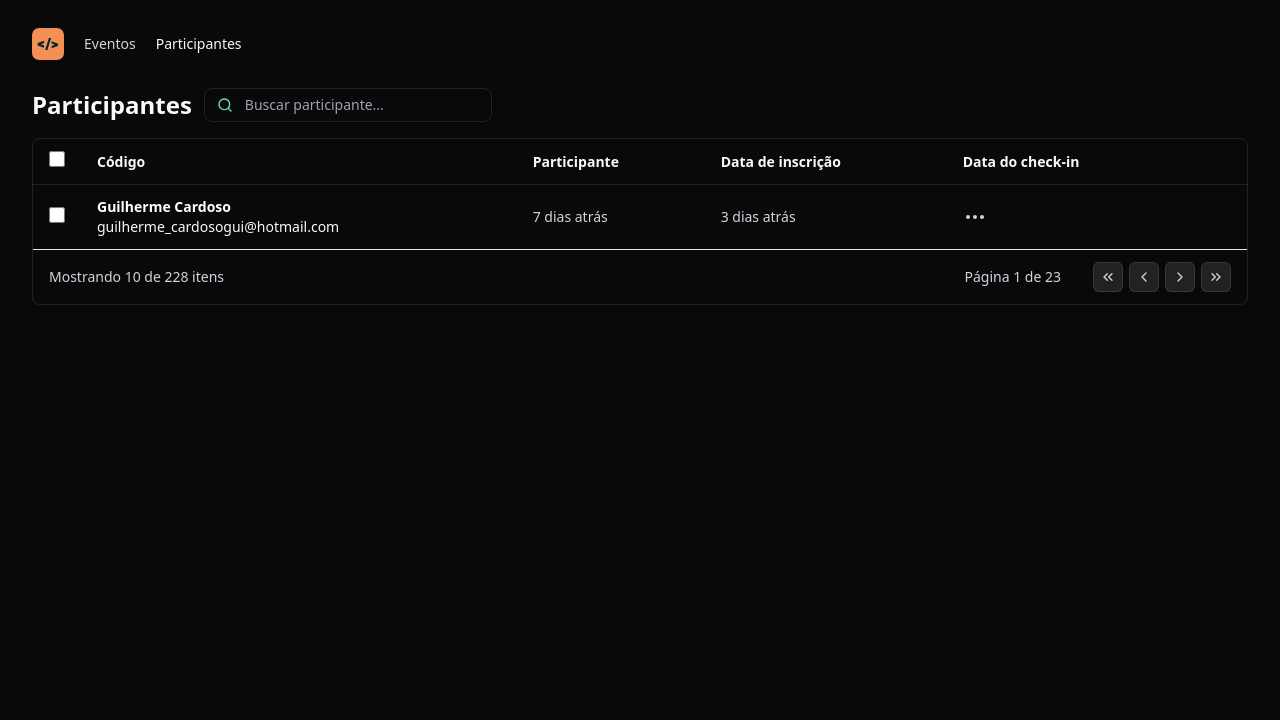
Repository: guilhermecardoso93/nlw-unite-react-2024
Page: /
These files come from the project's save history. The page is drawn as it stood at one moment and after the next save; the edit follows.
The browser window is 1280 px wide. The pictures show the whole page.
The project was rebuilt for these pictures with package versions that can differ from the ones it lists, and the page was loaded fresh each time. Also part of the build but not shown: vite.config.ts.

Above is the page before, as saved 2024-04-01 22:04:52.

### src/App.tsx
import { Header } from "./components/header";
import { AttendeeList } from "./components/attendee-list";

export function App() {

  return (
    <div className="max-w-[1216px] mx-auto py-5 flex flex-col gap-5">
      <Header />
      <AttendeeList />
    </div>
  )
}

### src/components/header.tsx
import Logo from "../assets/nlw-unite-icon.svg";

export function Header() {
  return (
    <div className="flex items-center gap-5 py-2">
      <img src={Logo} alt="logo" />

      <nav className="flex items-center gap-5">
        <a href="" className="font-medium text-sm text-zinc-300">Eventos</a>
        <a href="" className="font-medium text-sm">Participantes</a>
      </nav>
    </div>
  );
}

### src/components/attendee-list.tsx
import {
  Search,
  ChevronLeft,
  ChevronRight,
  ChevronsLeft,
  ChevronsRight,
  MoreHorizontal,
} from "lucide-react";

export function AttendeeList() {
  return (
    <div className="flex flex-col gap-4">
      <div className="flex gap-3 items-center">
        <h1 className="text-2xl font-bold">Participantes</h1>
        <div className="px-3 py-1.5 border border-white/10 rounded-lg text-sm w-72 flex items-center gap-3">
          <Search className="size-4 text-emerald-300" />
          <input
            placeholder="Buscar participante..."
            className="bg-transparent flex-1 outline-none"
          />
        </div>
      </div>

      <div className="border border-white/10 rounded-lg">
        <table className="w-full  ">
          <thead>
            <tr className="border-b border-white/10">
              <th
                style={{ width: 48 }}
                className="py-3 px-4 text-sm font-semibold text-left"
              >
                <input
                  type="checkbox"
                  className="size-4 rounded border border-white/10 bg-black/20"
                />
              </th>
              <th className="py-3 px-4 text-sm font-semibold text-left">
                Código
              </th>
              <th className="py-3 px-4 text-sm font-semibold text-left">
                Participante
              </th>
              <th className="py-3 px-4 text-sm font-semibold text-left">
                Data de inscrição
              </th>
              <th className="py-3 px-4 text-sm font-semibold text-left">
                Data do check-in
              </th>
              <th
                style={{ width: 64 }}
                className="py-3 px-4 text-sm font-semibold text-left"
              ></th>
            </tr>
          </thead>
          <tbody>
            <tr className="border-b bor-white/10">
              <td className="py-3 px-4 text-sm text-zinc-300">
                <input
                  type="checkbox"
                  className="size-4 bg-black/20 rounded border border-white/10"
                />
              </td>
              <td className="py-3 px-4 text-sm">
                <div className="flex flex-col ga-1">
                  <span className="font-semibold text-white">
                    Guilherme Cardoso
                  </span>
                  <span>guilherme_cardosogui@hotmail.com</span>
                </div>
              </td>
              <td className="py-3 px-4 text-sm text-zinc-300">7 dias atrás</td>
              <td className="py-3 px-4 text-sm text-zinc-300">3 dias atrás</td>
              <td className="py-3 px-4 text-sm text-zinc-300">
                <MoreHorizontal />
              </td>
            </tr>
          </tbody>
          <tfoot>
            <tr>
              <td className="py-3 px-4 text-sm text-zinc-300" colSpan={3}>
                Mostrando 10 de 228 itens
              </td>
              <td
                className="py-3 px-4 text-sm text-zinc-300 text-right"
                colSpan={3}
              >
                <div className="inline-flex items-center gap-8">
                  <span>Página 1 de 23</span>

                  <div className="flex gap-1.5">
                    <button className="bg-white/10 border border-white/10 rounded-md p-1.5">
                      <ChevronsLeft className="size-4" />
                    </button>
                    <button className="bg-white/10 border border-white/10 rounded-md p-1.5">
                      <ChevronLeft className="size-4" />
                    </button>
                    <button className="bg-white/10 border border-white/10 rounded-md p-1.5">
                      <ChevronRight className="size-4" />
                    </button>
                    <button className="bg-white/10 border border-white/10 rounded-md p-1.5">
                      <ChevronsRight className="size-4" />
                    </button>
                  </div>
                </div>
              </td>
            </tr>
          </tfoot>
        </table>
      </div>
    </div>
  );
}

### tailwind.config.js
/** @type {import('tailwindcss').Config} */
export default {
  content: [
    "./index.html",
    "./src/**/*.{js,ts,jsx,tsx}"
  ],
  theme: {
    extend: {},
  },
  plugins: [
    //require('@tailwindcss/forms')
  ],
}

Loaded but not shown: index.html (common file); src/main.tsx (common file); src/index.css (common file)

After the next save:
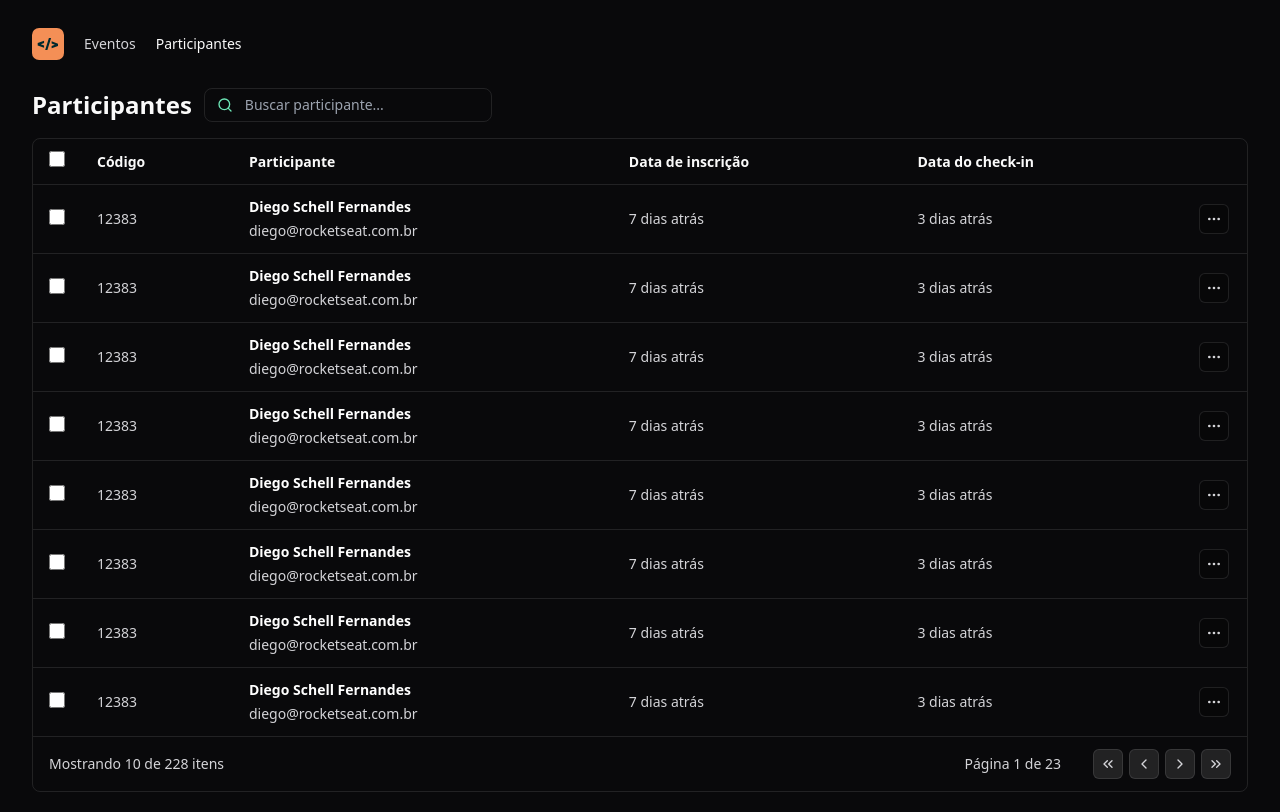
Saved 32 s later.
--- a/src/components/attendee-list.tsx
+++ b/src/components/attendee-list.tsx
@@ -1,10 +1,10 @@
 import {
-  Search,
   ChevronLeft,
   ChevronRight,
   ChevronsLeft,
   ChevronsRight,
   MoreHorizontal,
+  Search,
 } from "lucide-react";
 
 export function AttendeeList() {
@@ -12,17 +12,17 @@ export function AttendeeList() {
     <div className="flex flex-col gap-4">
       <div className="flex gap-3 items-center">
         <h1 className="text-2xl font-bold">Participantes</h1>
-        <div className="px-3 py-1.5 border border-white/10 rounded-lg text-sm w-72 flex items-center gap-3">
+        <div className="px-3 w-72 py-1.5 border border-white/10 rounded-lg flex items-center gap-3">
           <Search className="size-4 text-emerald-300" />
           <input
+            className="bg-transparent flex-1 outline-none border-0 p-0 text-sm"
             placeholder="Buscar participante..."
-            className="bg-transparent flex-1 outline-none"
           />
         </div>
       </div>
 
       <div className="border border-white/10 rounded-lg">
-        <table className="w-full  ">
+        <table className="w-full">
           <thead>
             <tr className="border-b border-white/10">
               <th
@@ -31,7 +31,7 @@ export function AttendeeList() {
               >
                 <input
                   type="checkbox"
-                  className="size-4 rounded border border-white/10 bg-black/20"
+                  className="size-4 bg-black/20 rounded border border-white/10"
                 />
               </th>
               <th className="py-3 px-4 text-sm font-semibold text-left">
@@ -53,27 +53,41 @@ export function AttendeeList() {
             </tr>
           </thead>
           <tbody>
-            <tr className="border-b bor-white/10">
-              <td className="py-3 px-4 text-sm text-zinc-300">
-                <input
-                  type="checkbox"
-                  className="size-4 bg-black/20 rounded border border-white/10"
-                />
-              </td>
-              <td className="py-3 px-4 text-sm">
-                <div className="flex flex-col ga-1">
-                  <span className="font-semibold text-white">
-                    Guilherme Cardoso
-                  </span>
-                  <span>guilherme_cardosogui@hotmail.com</span>
-                </div>
-              </td>
-              <td className="py-3 px-4 text-sm text-zinc-300">7 dias atrás</td>
-              <td className="py-3 px-4 text-sm text-zinc-300">3 dias atrás</td>
-              <td className="py-3 px-4 text-sm text-zinc-300">
-                <MoreHorizontal />
-              </td>
-            </tr>
+            {Array.from({ length: 8 }).map((_, i) => {
+              return (
+                <tr
+                  key={i}
+                  className="border-b border-white/10 hover:bg-white/5"
+                >
+                  <td className="py-3 px-4 text-sm text-zinc-300">
+                    <input
+                      type="checkbox"
+                      className="size-4 bg-black/20 rounded border border-white/10"
+                    />
+                  </td>
+                  <td className="py-3 px-4 text-sm text-zinc-300">12383</td>
+                  <td className="py-3 px-4 text-sm text-zinc-300">
+                    <div className="flex flex-col gap-1">
+                      <span className="font-semibold text-white">
+                        Diego Schell Fernandes
+                      </span>
+                      <span>diego@rocketseat.com.br</span>
+                    </div>
+                  </td>
+                  <td className="py-3 px-4 text-sm text-zinc-300">
+                    7 dias atrás
+                  </td>
+                  <td className="py-3 px-4 text-sm text-zinc-300">
+                    3 dias atrás
+                  </td>
+                  <td className="py-3 px-4 text-sm text-zinc-300">
+                    <button className="bg-black/20 border border-white/10 rounded-md p-1.5">
+                      <MoreHorizontal className="size-4" />
+                    </button>
+                  </td>
+                </tr>
+              );
+            })}
           </tbody>
           <tfoot>
             <tr>
